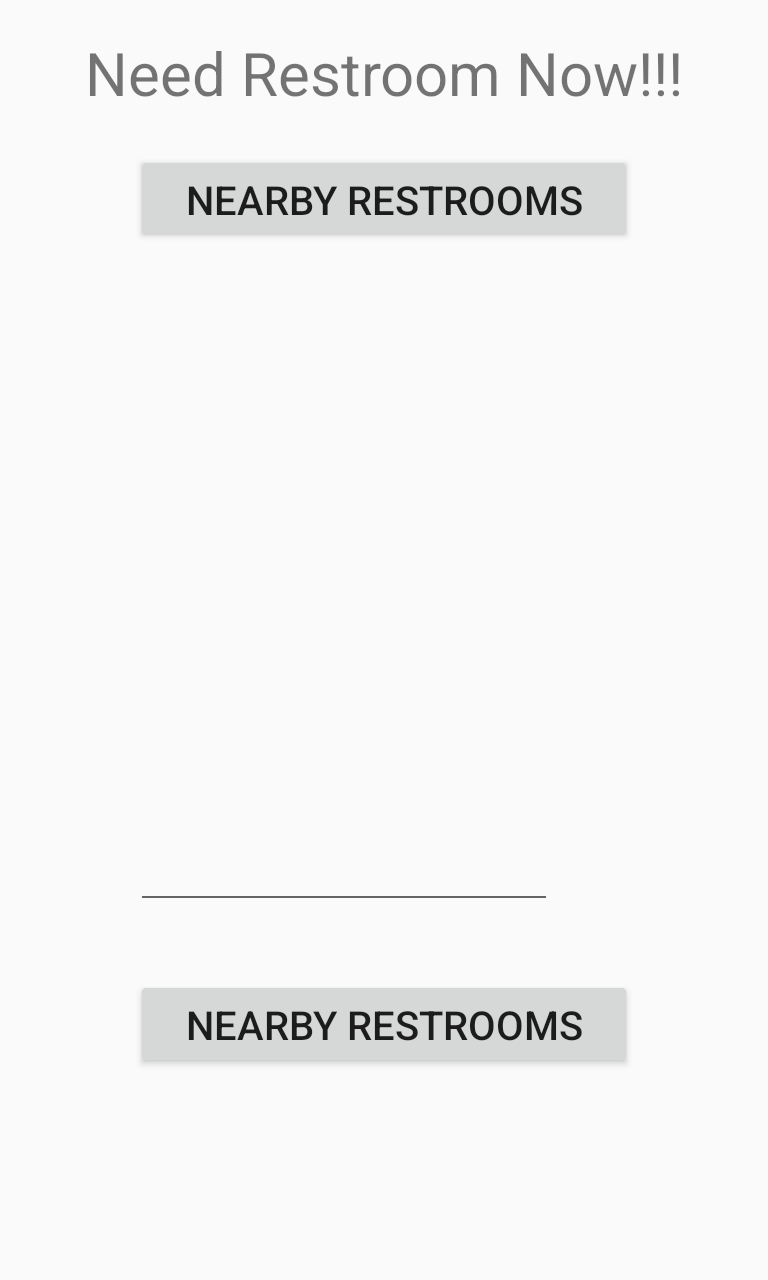
Repository: SarahDowlath/DebraGotToGo
Layout: GottahGo!/res/layout/fragment_main.xml
An editor plug-in stored every save of this project. The layout is shown before and after the next save, followed by the edit.
It is drawn on a 768 x 1280 px phone screen (xhdpi) without system bars, with theme AppTheme; the app's code is not run.

Above is the layout before, as saved 2014-07-08 16:27:56.

After the next save:
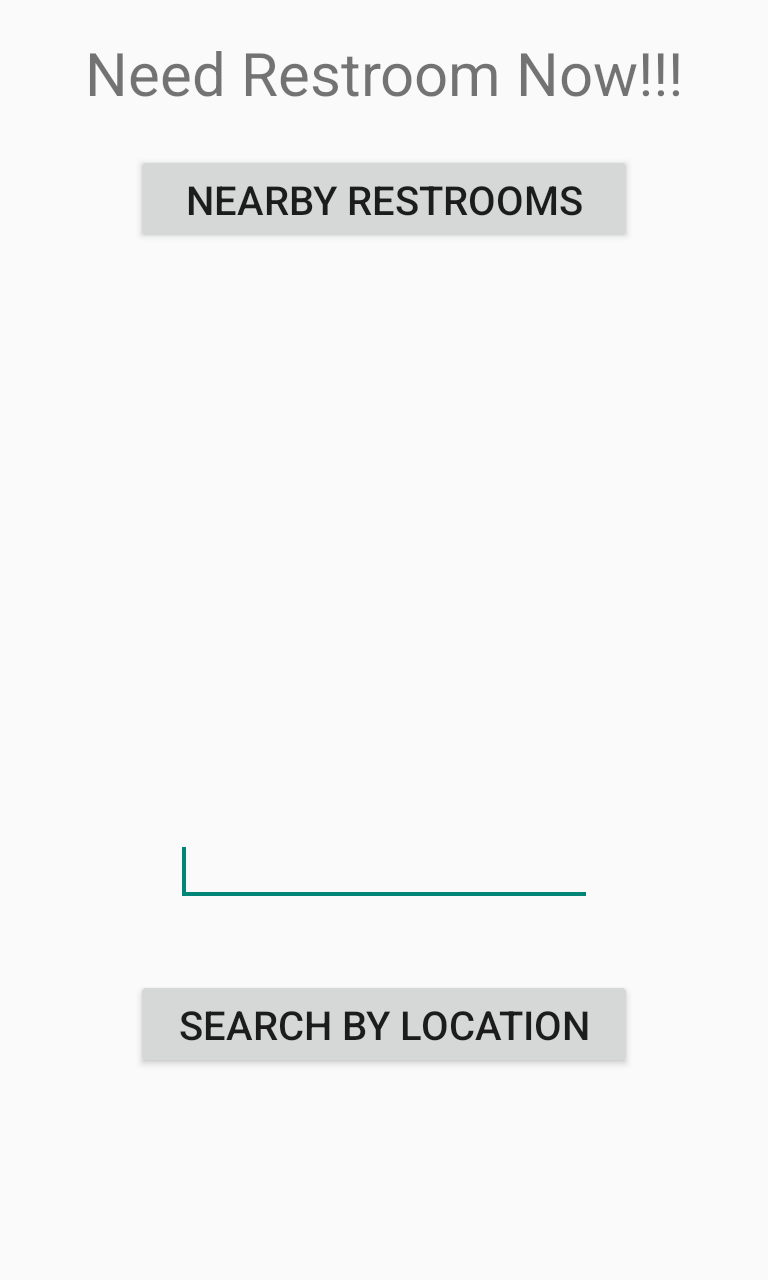
Saved 4 min 21 s later.
--- a/GottahGo!/res/layout/fragment_main.xml
+++ b/GottahGo!/res/layout/fragment_main.xml
@@ -30,6 +30,18 @@
         android:text="@string/banner"
         android:textSize="20sp" />
 
+    <EditText
+        android:id="@+id/editText1"
+        android:layout_width="wrap_content"
+        android:layout_height="wrap_content"
+        android:layout_above="@+id/bsearch"
+        android:layout_centerHorizontal="true"
+        android:layout_marginBottom="33dp"
+        android:ems="10" >
+
+        <requestFocus />
+    </EditText>
+
     <Button
         android:id="@+id/bsearch"
         android:layout_width="250dp"
@@ -37,16 +49,9 @@
         android:layout_alignLeft="@+id/bmap"
         android:layout_alignParentBottom="true"
         android:layout_marginBottom="88dp"
-        android:text="@string/banner"
+        android:text="@string/search"
         android:textSize="20sp" />
 
-    <EditText
-        android:id="@+id/editText1"
-        android:layout_width="wrap_content"
-        android:layout_height="wrap_content"
-        android:layout_above="@+id/bsearch"
-        android:layout_alignLeft="@+id/bsearch"
-        android:layout_marginBottom="31dp"
-        android:ems="10" />
+
 
 </RelativeLayout>
